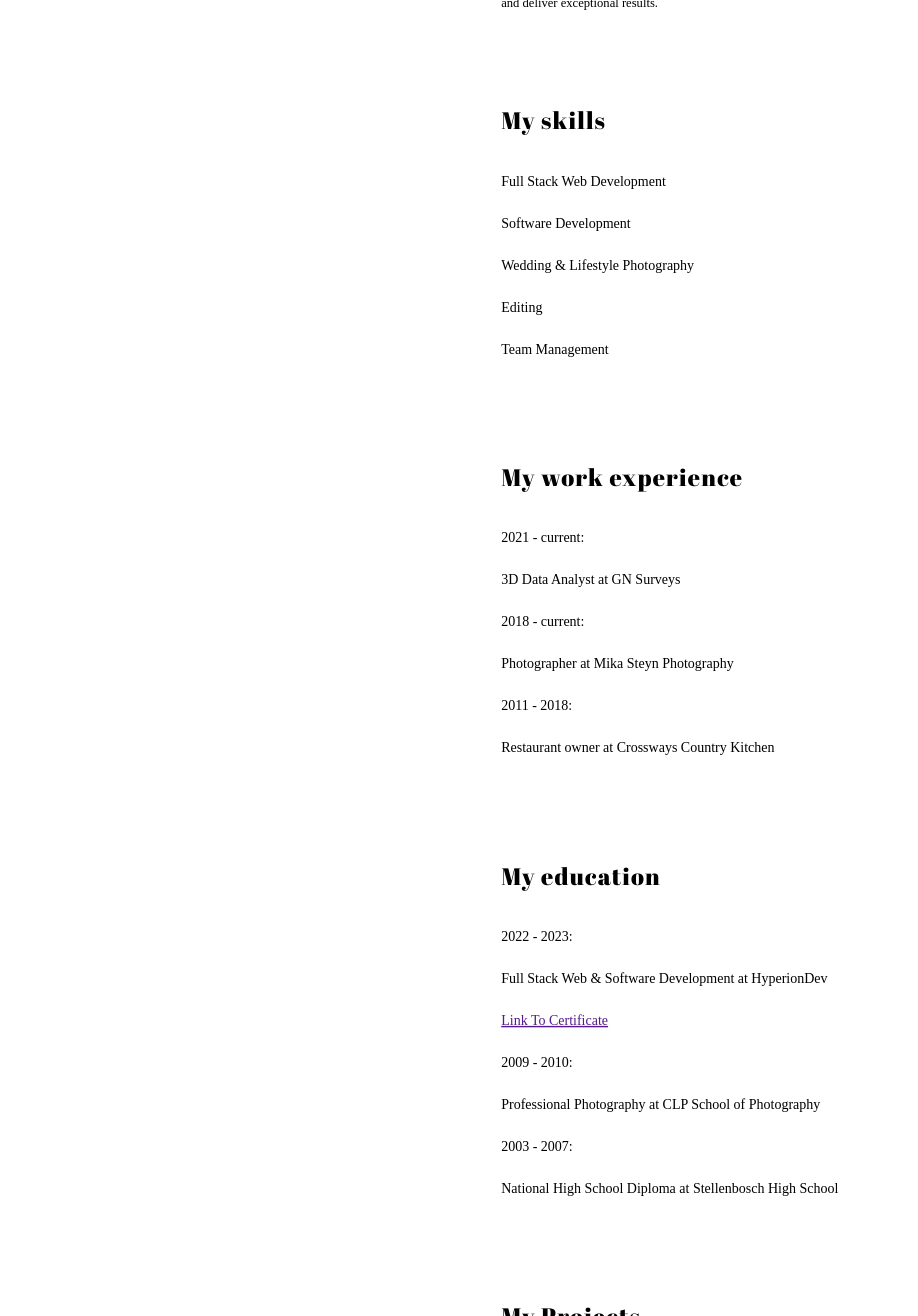
Repository: mikasteyn999/My-CV-Website
Page: index.html
These files come from the project's save history. The page is drawn as it stood at one moment and after the next save; the edit follows.
The browser window is 1280 px wide. The page is 1312 px wide, so the pictures cover 1312 px, including what lies to the right of the window. The pictures show the part of the page from y = 1312 to 3192 px (the page is 4145 px tall before and 4085 px after), at 70% of full size.
Some web fonts or font styles are not loaded; a fallback is used.

Above is the page before, as saved 2023-06-03 20:00:23.

After the next save:
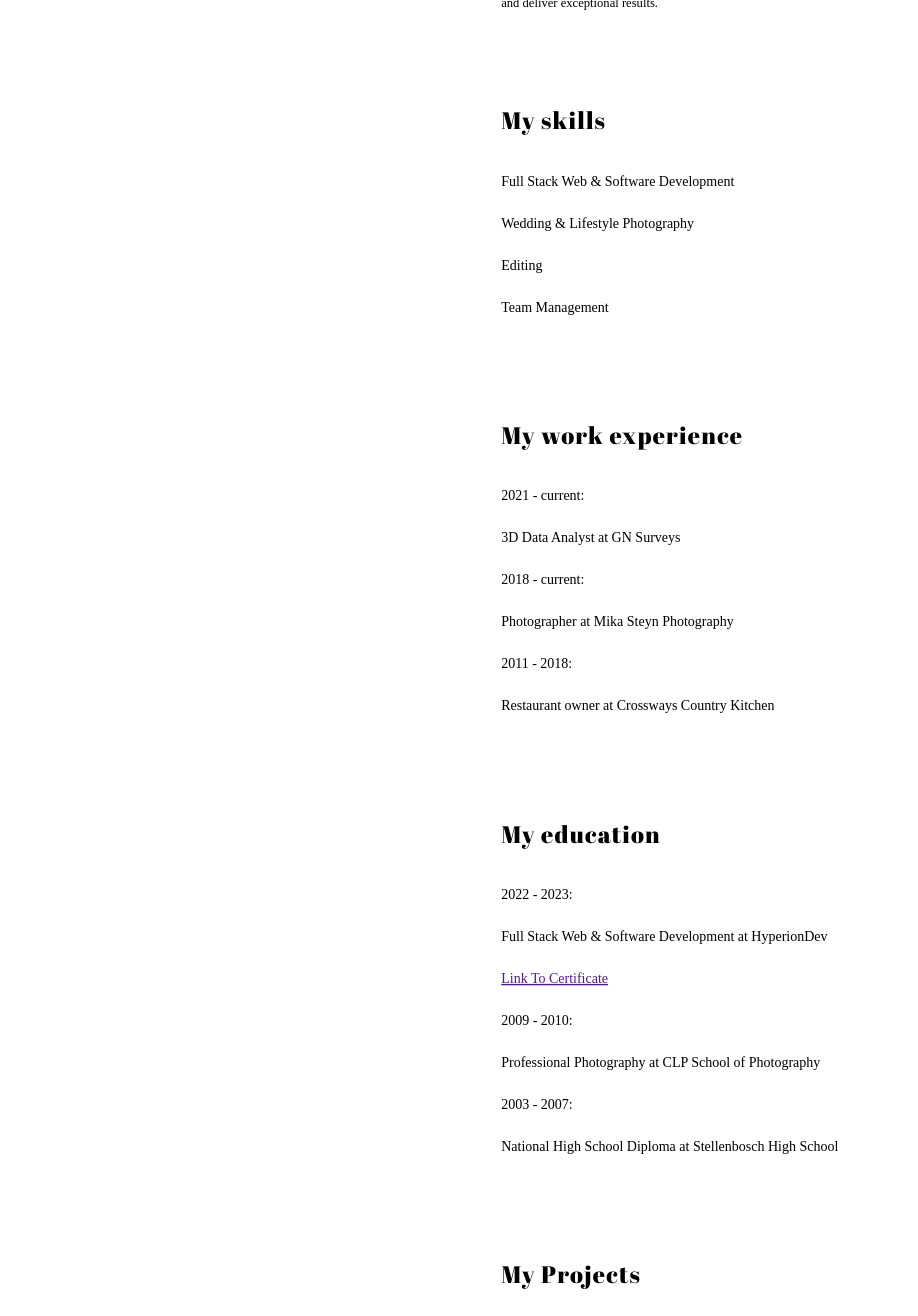
Saved 16 h 17 min later.
--- a/index.html
+++ b/index.html
@@ -46,8 +46,7 @@
                     <h3>My skills</h3>
                     <!-- SKILLS LIST -->
                     <ul class="skills-list">
-                        <li>Full Stack Web Development</li>
-                        <li>Software Development</li>
+                        <li>Full Stack Web & Software Development</li>
                         <li>Wedding & Lifestyle Photography</li>
                         <li>Editing</li>
                         <li>Team Management</li>
